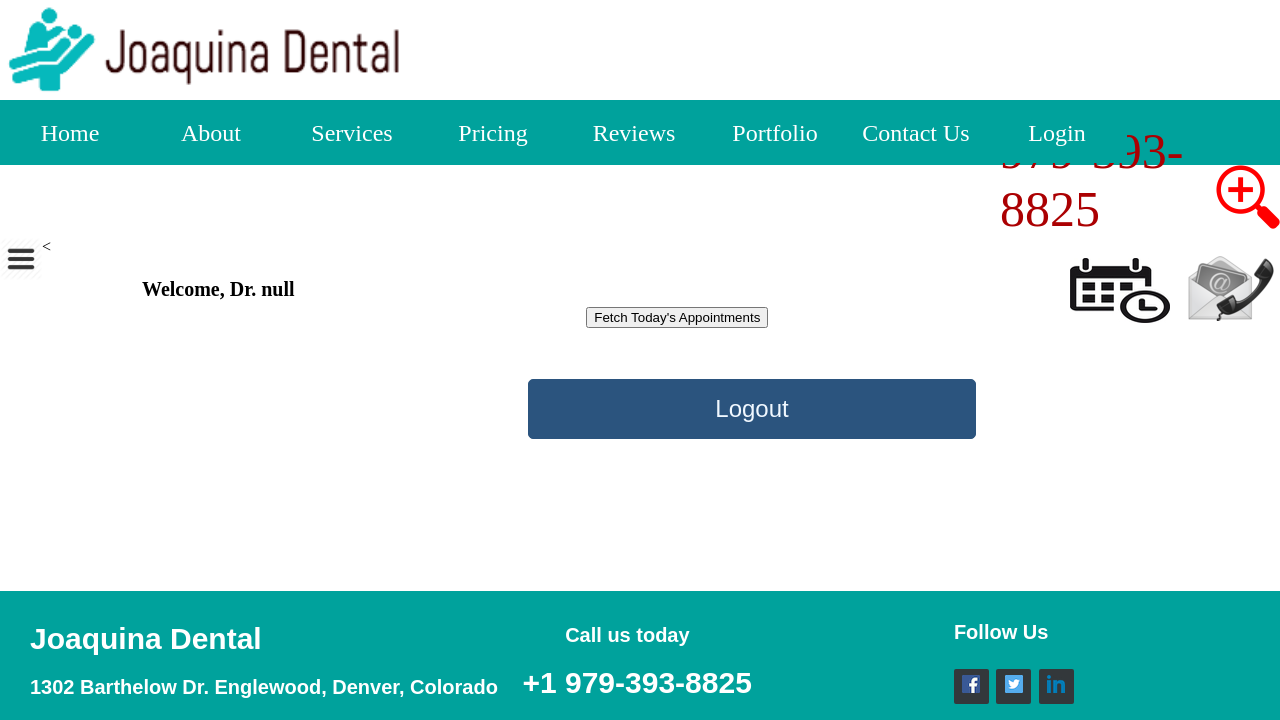
Repository: ManjushaBolishetty/test
Page: http://localhost/test/DentistHomePage.jsp
The author's editor kept a copy of each file at every save. The page is drawn from the files as they stood at one save, then again after the next save.
The browser window is 1280 px wide. The pictures show the whole page.
The page is served by Tomcat 9. Other server files are loaded and not shown.

Above is the page before, as saved 2016-04-03 16:22:45.

### test/WebContent/DentistHomePage.jsp
<%@include file="header.jsp" %>
<%@ page import="java.io.*,java.util.*" %>
<%@ page import="javax.servlet.*,java.text.*" %>

<!DOCTYPE html PUBLIC "-//W3C//DTD HTML 4.01 Transitional//EN" "http://www.w3.org/TR/html4/loose.dtd">
<html>
<head>
    <meta http-equiv="Content-Type" content="text/html; charset=ISO-8859-1">
	<meta name="viewport" content="width=device-width, initial-scale=1">
<link href="CSS/ResponsiveForm.css" rel="stylesheet" type="text/css" />
    <<title>My Appointments</title>
</head>
<body>
<div class="Logindate">
<%
   Date date = new Date();
   out.print("<h4 align=\"left\">" +"Welcome, Dr. " + session.getAttribute("Dentist_Name") + "</h4>\n");
   /*  out.print("<h4 align=\"left\">" + date.toString() + "</h4>");*/
%>
</div>

<div class="appointment" align=center>
  <form action="AppointmentServlet" method="get">
      <input type="button" value="Fetch Today's Appointments" />
  </form>
</div>

<div class="Logoutbutton" align=center>
  <form action="Login" method="post">
      <input type="submit" value="Logout" />
  </form>
</div>
  <footer class="footer-distributed">
			<div class="footer-left">

				<h3>Joaquina Dental</h3>
				<p>1302 Barthelow Dr.
				Englewood, Denver, Colorado</p>
				<p >Hours: 8:00 AM - 5:00 PM</p>
				<p >Monday - Friday</p>
			</div>

			<div class="footer-center">

				<p class="callusToday">Call us today  </p><br/>
				<br/>
				<h3>+1 979-393-8825</h3><br/>
				<p class="emailUs">Email Us</p>
			</div>

			<div class="footer-right">

				<p>Follow Us</p>

				<div class="footer-icons">

					<a href="#"><i class="fa fa-facebook"></i></a>
					<a href="#"><i class="fa fa-twitter"></i></a>
					<a href="#"><i class="fa fa-linkedin"></i></a>

				</div>

			</div>
<p class="copyright" >&copy; Copyright 2016 Joaquina Dental</p>
		</footer>
</body>
</html>

### test/WebContent/header.jsp
<%@ page language="java" contentType="text/html; charset=UTF-8"
    pageEncoding="UTF-8"%>
<!DOCTYPE html>
<html>
<head>
<meta http-equiv="Content-Type" content="text/html; charset=UTF-8">
<meta name="viewport" content="width=device-width, initial-scale=1">
<link href="CSS/testeverything.css" rel="stylesheet" type="text/css" />
<style>

#zoom img {
    width: 5%;
    position: absolute;
    right: 0;
}
</style>
<title>Insert title here</title>
</head>

<body>
<div id="header">
	<img class="logoimage" src="Images/Drawing (4).png" alt="Joaquina Dental"></img>
	<span class="phonenumber">979-393-8825</span>
	<a href="#" class="scheduleanchor"><img class="Contact" src="Images/Contact_Us.png"></img></a>
	<a href="#" class="scheduleanchor"><img class="Calendar" src="Images/calendar.png"></img></a>
</div>

<div id="navmenu">
	<img class="iconimage" src="Images/collpased_menu.png"></img><label for="show-menu" class="show-menu iconlabel">Menu</label>
	<input type="checkbox" id="show-menu" role="button">

	<ul id="menu">
		  <li><a href="#">Home</a></li>
		  <li><a href="#">About</a></li>
		  <li>
		    	<a href="#">Services</a>
			    <ul class="dropdownContent">
			      <li><a href="#">Extraction</a></li>
			      <li><a href="#">Transplant</a></li>
			      <li><a href="#">Root Canal</a></li>
			      <li><a href="#">Cleaning</a></li>
			    </ul>
	  	   </li>
	  	   <li><a href="#">Pricing</a></li>
	  	   <li><a href="#">Reviews</a></li>
	  	   <li><a href="#">Portfolio</a></li>
	  	   <li><a href="#">Contact Us</a></li>
	  	   <li><a href="#">Login</a></li>
	</ul>
</div>
<div id="zoom" style="width:100%;height:0px">
	<a href="#" class=""><img class="zoom" src="Images/zoom.png"></img></a>
</div>
</body>
</html>

### test/WebContent/CSS/testeverything.css
body{
  border: 0;
  padding: 0;
  margin: 0;
  height: 100%;

}

#header{
	width:100%;
	height:100px;
  background-color:white;
}

#header h3{
	display:inline;
	width:auto;
	height:auto;
}
#header img{
	width:auto;
	float:left;
	padding-left:0px;
	height:100%;
}


.Contact{

	max-width:100%;
	height:auto;
	margin-left:10px;
	margin-top:18px;
}


.Calendar{

	max-width:100%;
	height:auto;
	margin-left:10px;
	margin-top:20px;
}

#header a{
	float:right;
	/*margin-right: 40px;*/
}
.logoSchedule{
	width:auto;
	float:left;
}

.logoContact{
	width:auto;
	float:right;
}

#navmenu{
	width:100%;
	height:65px;
	background:#00A29C;
}

ul {
	list-style-type:none;
	margin:0;
	padding:0;
	position: absolute;
}

/*Create a horizontal list with spacing*/
li {
	display:inline-block;
	float: left;
	margin-right: 1px;
}

/*Style for menu links*/
li a {
	display:block;
	min-width:140px;
	padding-top:20px;
	padding-bottom:16px;
	font-size:24px;
	text-align: center;
	font-family: 'Roboto Slab', serif;
	color: white;
	background: #00A29C;
	text-decoration: none;
}

.phonenumber{
    font-size: 50px;
    margin-left: 1000px;
    display: inline-block;
    margin-top: 22px;
    color: #ab0002;
    float:left;
}

/*Hover state for top level links*/
li:hover a {
	background: black;
}

/*Style for dropdown links*/
li:hover ul a {
	background: #e6ffff;
	color: blue;
}

/*Hover state for dropdown links*/
li:hover ul a:hover {
	background: #19c589;
	color: #fff;
}

/*Hide dropdown links until they are needed*/
li ul {
	display: none;
}

/*Make dropdown links vertical*/
li ul li {
	display: block;
	float: none;
}



/*Display the dropdown on hover*/
ul li a:hover + .dropdownContent, .dropdownContent:hover {
	display: block;
}

/*Responsive Styles*/

	.show-menu {
	font-family: "Helvetica Neue", Helvetica, Arial, sans-serif;
	text-decoration: none;
	color: #fff;
	background: #00A29C;
	text-align: center;
	padding: 10px 0;
	display: none;
}

.iconlabel{
	width:100%;
	height:auto;
	padding:1%;
}

.iconimage{
	float:left;
	height:42px;
}


.callusToday{
	padding-left:10%;
}
.emailUs{
	padding-left:13%;
}

/*Hide checkbox*/
input[type=checkbox]{
    display: none;
}

/*Show menu when invisible checkbox is checked*/
input[type=checkbox]:checked ~ #menu{
    display: block;
}

@media screen and (max-width : 832px){
	/*Make dropdown links appear inline*/
	ul {
		position: static;
		display: none;
	}

	/*Create vertical spacing*/
	li {
		margin-bottom: 1px;
	}
	/*Make all menu links full width*/
	ul li, li a {
		width: 100%;
	}
	.show-menu {
		display:block;
	}
	.imageHolder{
		display:none;
	}
	.iconlabel
	{
	padding-top:12px;
	float:left;
	width:auto;
	}
}



#Content{
	width:100%;
	height:600px;
	background:white;
}

.imageHolder{
	width:100%;
	height:400px;
	background-image: url("/BigHornDental/Images/appointment.jpg");
    background-repeat: no-repeat;
    background-size: contain;
    border: 1px solid black;
}


.login{
  width: 40%;
  font-family: lato;
  position: relative;
  color: white;
  border:1px solid blue;
  border-radius: 10px;
  background-color:blue;
  text-align:center;
}

/* .Logoutbutton input{
	float: left;
	padding-right:100px;
	font-size: 20px;
    display: block;
    line-height: 12px;
    text-align: left;
} */

.Logindate h4{
	float: left;
    font-size: 20px;
    display: block;
    line-height: 12px;
    text-align: left;
    padding-left:100px;
}


/*For Footer*/
footer{
padding-left:40px;
position: fixed;
}

.footer-distributed{
	background-color: #00A29c;
	box-shadow: 0 1px 1px 0 rgba(0, 0, 0, 0.12);
	box-sizing: border-box;
	width: 100%;
	height:auto;
	text-align: left;
	font: bold 16px sans-serif;
	padding: 30px 30px;
	margin-top: 80px;
}

.footer-distributed .footer-left,
.footer-distributed .footer-center,
.footer-distributed .footer-right{
	display: inline-block;
	vertical-align: top;
}

/* Footer left */

.footer-distributed .footer-left{
	width: 40%;
}

 p{
	font-size:20px;
	color:white;
}

/* The company logo */

.footer-distributed h3{
	color:  white;
	margin: 0;
}


/* Footer links */

.footer-distributed .footer-links{
	color:  #ffffff;
	margin: 20px 0 12px;
	padding: 0;
}

.footer-distributed .footer-links a{
	display:inline-block;
	line-height: 1.8;
	text-decoration: none;
	color:  inherit;
}

.footer-distributed .footer-company-name{
	color:  #8f9296;
	font-size: 14px;
	font-weight: normal;
	margin: 0;
}

/* Footer Center */

.footer-center p{
	padding-top:3px;
}

.footer-right p{
	margin-top:0px;
}

.footer-distributed .footer-center{
	width: 35%;
}

.footer-distributed .footer-center i{
	background-color:  #33383b;
	color: #ffffff;
	font-size: 25px;
	width: 38px;
	height: 38px;
	border-radius: 50%;
	text-align: center;
	line-height: 42px;
	margin: 10px 15px;
	vertical-align: middle;
}

.footer-distributed .footer-center i.fa-envelope{
	font-size: 17px;
	line-height: 38px;
}

.footer-distributed .footer-center p{
	display: inline-block;
	color: #ffffff;
	vertical-align: middle;
	margin:0;
}

.footer-distributed .footer-center p span{
	display:block;
	font-weight: normal;
	font-size:14px;
	line-height:2;
}

.footer-distributed .footer-center p a{
	color:  white;
	text-decoration: none;;
}


/* Footer Right */

.footer-distributed .footer-right{
	width: 20%;
}

.footer-distributed .footer-company-about span{
	display: block;
	color:  black;
	font-size: 14px;
	font-weight: bold;
	margin-bottom: 20px;
}

.footer-distributed .footer-icons{
	margin-top: 25px;
}

.footer-distributed .footer-icons a{
	display: inline-block;
	width: 35px;
	height: 35px;
	cursor: pointer;
	background-color:  #33383b;
	border-radius: 2px;

	font-size: 20px;
	color: #ffffff;
	text-align: center;
	line-height: 35px;

	margin-right: 3px;
	margin-bottom: 5px;
}

.fa-twitter:before {
    content: url("../Images/twitter.png");
}
.fa-facebook:before {
    content: url("../Images/facebook.png");
}
.fa-linkedin:before {
    content: url("../Images/linkedin.png");
}

.fa-linkedin:before {
    content: url("../Images/linkedin.png");
}

.footer-left span{

}


.copyright{
	padding-left: 39%;
}

/* If you don't want the footer to be responsive, remove these media queries */

@media (max-width: 880px) {

	.footer-distributed{
		font: bold 14px sans-serif;
	}

	.footer-distributed .footer-left,
	.footer-distributed .footer-center,
	.footer-distributed .footer-right{
		display: block;
		width: 100%;
		margin-bottom: 40px;
		text-align: center;
	}

	.footer-distributed .footer-center i{
		margin-left: 0;
	}

}


/*Supports Iphone 5,6 and 6S-Plus*/

@media screen and (max-width : 440px){
	/*Make dropdown links appear inline*/
	#header img{
		width:80%;
	}

	.iconimage{
		height:100%;
		width:10%;
	}
	.iconlabel{
		font-size:30px;
	}
	.show-menu{
		font-size:30px;
	}

	#showOnMobile{
		display:block;
	}

	.Contact{
	width:80px;
	height:auto;
	margin-left:0px;
	margin-top:8px;
	}


.Calendar{

	width:80px;
	height:auto;
	margin-left:0px;
	margin-top:8px;
	}

.phonenumber{
	display:none;
	}

	.callusToday{
	padding-left:0%;
	}
	.emailUs{
		padding-left:0%;
	}

	.copyright{
		text-align:center;
		padding-left:0%;
		width:100%;
	}
}


@media screen and (max-width : 780px){
	.phonenumber{
		margin-left:70px;
	}
	.iconimage{
		height:65px;
	}
	.iconlabel{
		font-size:30px;
	}
	.callusToday{
		padding-left:0%;
		font-size:20px;
	}
	.emailUs{
		padding-left:0%;
	}
	.footer-left p{
		font-size:20px;
	}
	.footer-center p{
		font-size:20px;
	}
	.footer-right p{
		font-size:20px;
	}
	.copyright{
		text-align:center;
		padding-left:0%;
		width:100%;
	}

}

### test/WebContent/CSS/ResponsiveForm.css
* {
/* With these codes padding and border does not increase it's width and gives intuitive style.*/
box-sizing: border-box;
}

body {
	margin:0;
	padding:0;
	font-family: 'Roboto Slab', serif;
	width:100%;
}

#cover{
	width: 55%;
	margin: 30px 30% 10px 25%;
	padding:10px 0;
	border: 2px solid black;
	border-radius:10px;
}
form{
	width:70%;
	margin:4% 15%;
}
header {
    background-color: #00A29C;
    text-align: center;
    padding-top: 1px;
    padding-bottom: 8px;
    margin-top: -11px;
    margin-bottom: -8px;
    border-radius: 10px 10px 0 0;
    color: aliceblue;
    height: 100px;
    font-size: 24px;
}

h3{
	font-size: 30px;
	padding-top:1px;
}
#newuser{
	margin-right:10px;
}

label{
	font-size:24px;
}


/* Makes responsive fields. Sets size and field alignment.*/
input[type=text]{
	margin-bottom: 20px;
	margin-top: 10px;
	width:100%;
	padding: 15px;
	border-radius:5px;
	border:1px solid #7ac9b7;
	font-size:20px;
}
input[type=password]{
	margin-bottom: 20px;
	margin-top: 10px;
	width:100%;
	padding: 15px;
	border-radius:5px;
	border:1px solid #7ac9b7;
	font-size:20px;
}

input[type=radio]{
	margin-bottom: 20px;
	margin-top: 10px;
	padding: 15px;
	border-radius:5px;
	border:1px solid #7ac9b7;
	font-size:20px;
}

select{
	margin-bottom: 20px;
	margin-top: 10px;
	width:100%;
	height:25px;
	padding: 15px;
	border-radius:5px;
	border:1px solid #7ac9b7;
}

.datepicker{
	height:30px;
}

.result{
	color:blue;
}

input[type=submit]
{
	margin-bottom: 20px;
	width:50%;
	margin-left:25%;
	padding: 15px;
	border-radius:5px;
	border:1px solid #7ac9b7;
	background-color: #2b547e;
	border-color:#2b547e;
	color: aliceblue;
	font-size:24px;
	cursor:pointer;
}
#submit:hover
{
	background-color: blue;
}
textarea{
	width:100%;
	padding: 15px;
	margin-top: 10px;
	border:1px solid #7ac9b7;
	border-radius:5px;
	margin-bottom: 20px;
	resize:none;
}
input[type=text]:focus,textarea:focus {
	border-color: #4697e4;
}

@media screen and (max-width : 768px){
	h2{
		font-size:16px;
	}
	p{
		font-size:14px;
	}
	label{
		font-size:12px;
	}
	input[type=submit]{
		padding:5px;
	}
	input[type=text]{
		padding: 8px;
	}
	div#envelope{
		width: 80%;
		margin: 10px 30% 10px 11%;
	}
}

@media screen and (max-width : 415px){
	#cover{
	width: 95%;
	margin: 30px 30% 30px 2.5%;
	padding:10px 0;
	border: 2px solid black;
	border-radius:10px;
	}
	input[type=submit]{
		padding:4px;
		font-size:20px;
		white-space:normal;
	}
	input[type=text]{
		padding: 8px;
		font-size:20px;
	}

	input[type=password]{
		padding: 8px;
		font-size:20px;
	}
	label{
		font-size:22px;
	}
	h2{
		font-size:22px;
	}
	p{
		font-size:18px;
	}
	div#envelope{
		width: 80%;
		margin: 10px 30% 10px 11%;
	}

}

@media screen and (max-width : 768px){
	#cover{
	width: 90%;
	margin: 30px 30% 30px 5.5%;
	padding:10px 0;
	border: 2px solid black;
	border-radius:10px;
	}
	input[type=submit]{
		padding:4px;
		font-size:20px;
		white-space:normal;
	}
	input[type=text]{
		padding: 8px;
		font-size:20px;
	}

	input[type=password]{
		padding: 8px;
		font-size:20px;
	}
	label{
		font-size:22px;
	}
	h2{
		font-size:22px;
	}
	p{
		font-size:18px;
	}
	div#envelope{
		width: 80%;
		margin: 10px 30% 10px 11%;
	}

}

After the next save:
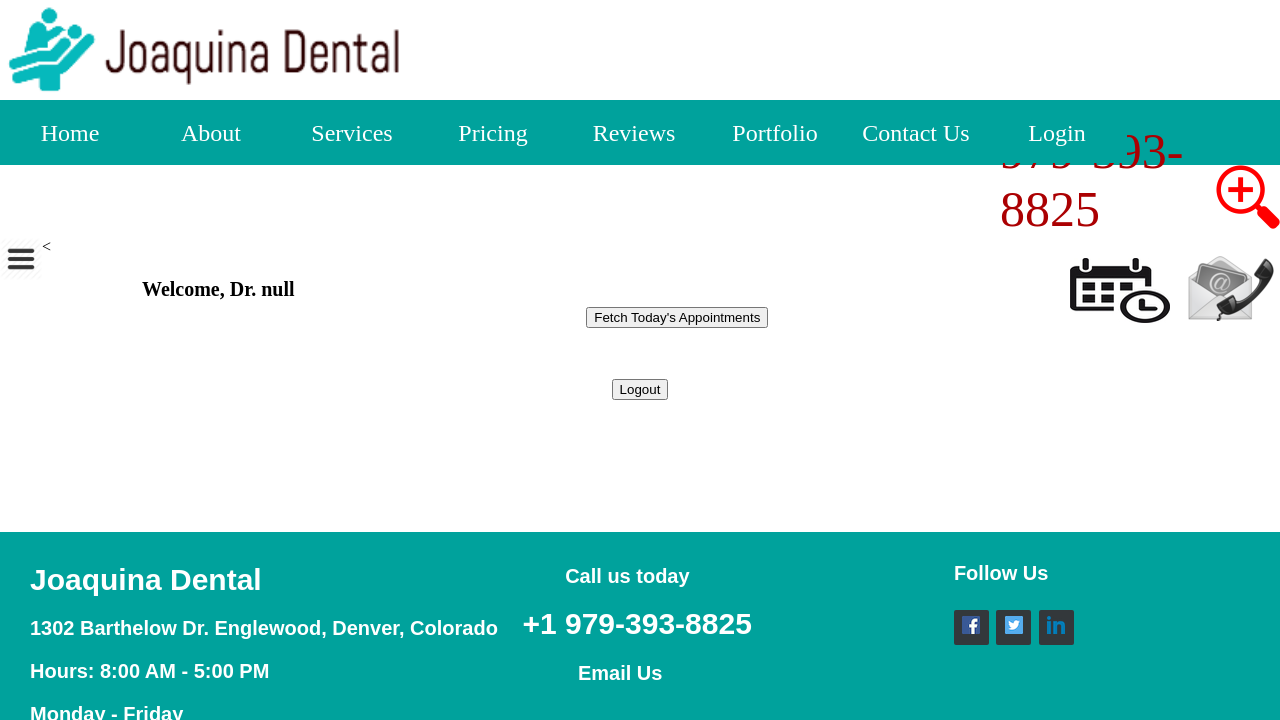
Saved 2 min 6 s later.
--- a/test/WebContent/DentistHomePage.jsp
+++ b/test/WebContent/DentistHomePage.jsp
@@ -27,7 +27,7 @@
 
 <div class="Logoutbutton" align=center>
   <form action="Login" method="post">
-      <input type="submit" value="Logout" />
+      <input type="button" value="Logout" />
   </form>
 </div>
   <footer class="footer-distributed">
